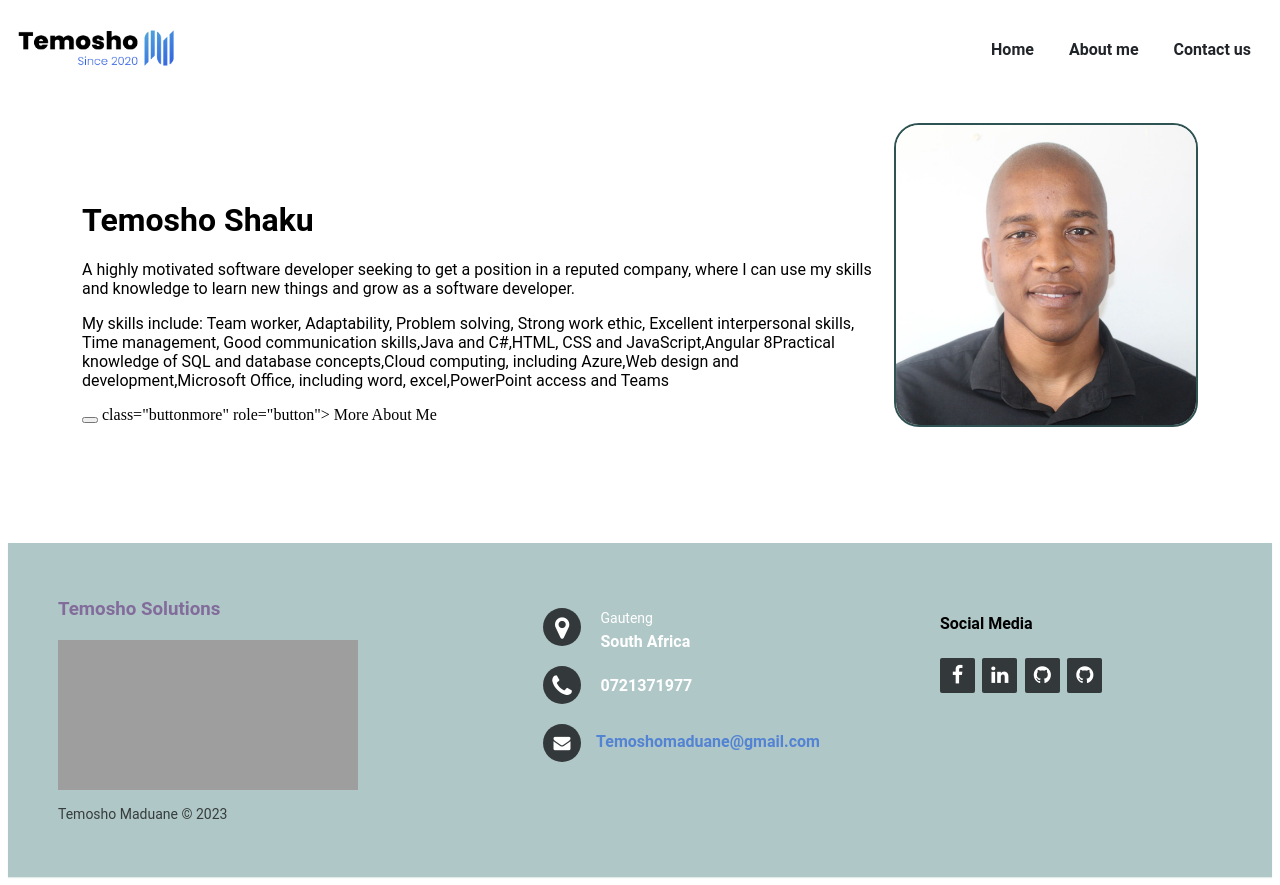
Repository: TemoshoS/T-Shaku
Page: index.html
An editor plug-in stored every save of this project. The page is shown before and after the next save, followed by the edit.
The browser window is 1280 px wide. The pictures show the whole page.
Pictures or frames that could not be fetched are drawn as grey boxes. Some web libraries are served in a nearby version.

Above is the page before, as saved 2023-09-28 14:23:06.

After the next save:
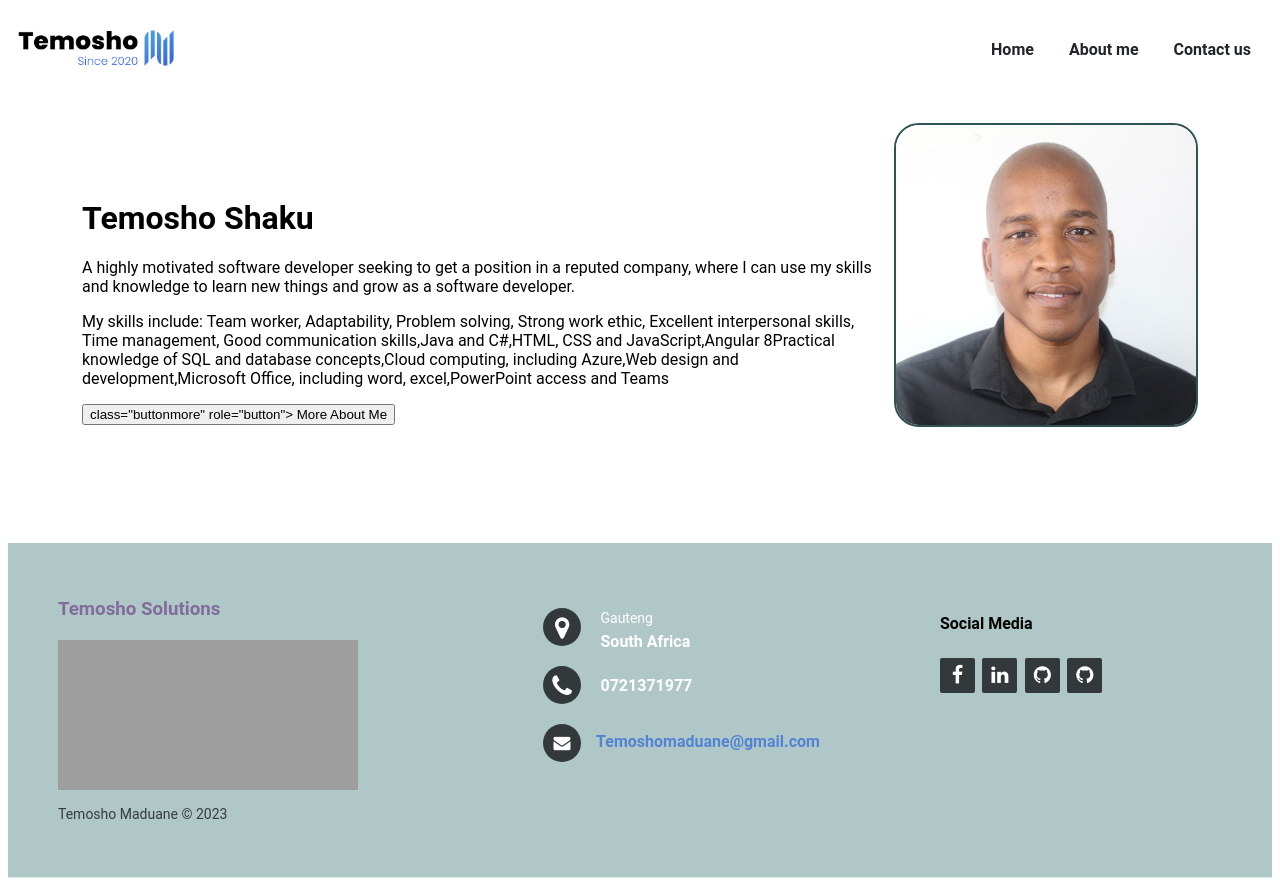
Saved 6 s later.
--- a/index.html
+++ b/index.html
@@ -44,7 +44,7 @@
             <h1 id ="name"></h1>
             <p style="width: 100%" id="para"></p>
             <p style="width: 100%" id="para1"></p>
-            <button onclick="window.location.href='about.html'"></button> class="buttonmore" role="button"> More About Me</button>
+            <button onclick="window.location.href='about.html'"> class="buttonmore" role="button"> More About Me</button>
 
 
 
